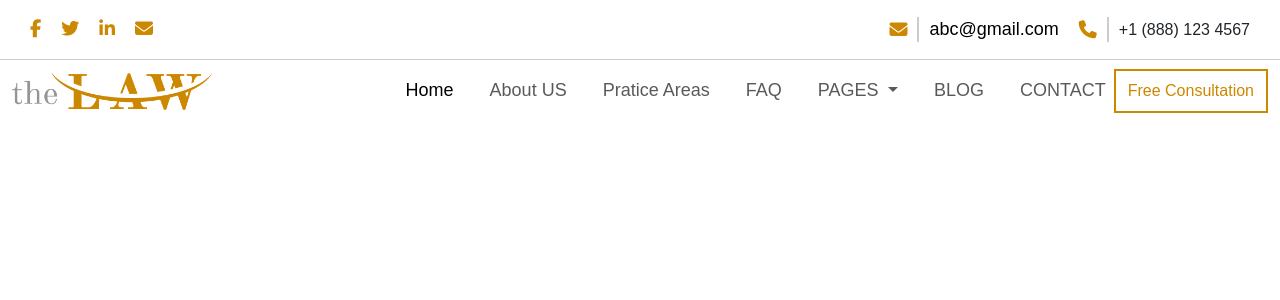
Repository: arehmanraza/lawyer_website
Page: Pages/index.html
These files come from the project's save history. The page is drawn as it stood at one moment and after the next save; the edit follows.
The browser window is 1280 px wide. The pictures show the whole page.
Some web libraries are served in a nearby version.

Above is the page before, as saved 2024-05-22 01:53:00.

### Pages/index.html
<!DOCTYPE html>
<html lang="en">
  <head>
    <meta charset="utf-8" />
    <meta name="viewport" content="width=device-width, initial-scale=1" />
    <title>The Lawyer</title>
    <link
      rel="stylesheet"
      href="https://pro.fontawesome.com/releases/v5.10.0/css/all.css"
      integrity="sha384-AYmEC3Yw5cVb3ZcuHtOA93w35dYTsvhLPVnYs9eStHfGJvOvKxVfELGroGkvsg+p"
      crossorigin="anonymous"
    />
    <link rel="stylesheet" href="/Styling/style.css" />
    <link
      rel="stylesheet"
      href="https://cdnjs.cloudflare.com/ajax/libs/font-awesome/6.5.2/css/all.min.css"
      integrity="sha512-SnH5WK+bZxgPHs44uWIX+LLJAJ9/2PkPKZ5QiAj6Ta86w+fsb2TkcmfRyVX3pBnMFcV7oQPJkl9QevSCWr3W6A=="
      crossorigin="anonymous"
      referrerpolicy="no-referrer"
    />
    <link
      href="https://cdn.jsdelivr.net/npm/bootstrap@5.3.3/dist/css/bootstrap.min.css"
      rel="stylesheet"
      integrity="sha384-QWTKZyjpPEjISv5WaRU9OFeRpok6YctnYmDr5pNlyT2bRjXh0JMhjY6hW+ALEwIH"
      crossorigin="anonymous"
    />
  </head>
  <body>
    <div class="main-container">


      <!-- ---------------head_top_container start ------------------  -->




      <div class="head_top">
        <div class="head_top_left">
          <ul>
            <li>
              <i class="icon2 fa-brands fa-facebook-f"></i>
            </li>
            <li>
              <i class="icon2 fa-brands fa-twitter"></i>
            </li>
            <li>
              <i class="icon2 fa-brands fa-linkedin-in"></i>
            </li>
            <li>
              <i class="icon2 fa-solid fa-envelope"></i>
            </li>
          </ul>
        </div>
        <div class="head_top_right">
          <ul>
            <li>
              <i class="icon2 fa-solid fa-envelope"></i>
              <p class="border1"></p>
              <span><a class="phoneno" href = "mailto: a.rehman78766@gmail.com">abc@gmail.com</a></span>
            </li>
            <li>
              <i class="icon2 fa-solid fa-phone"></i>
              <p class="border1"></p>
              <span>+1 (888) 123 4567</span>
            </li>

          </ul>
        </div>
      </div>
      <!-- ---------------head_top_container end ------------------  -->






      <!-- ---------------Navbar_container start ------------------  -->


      <nav class="navbar navbar-expand-lg ">
        <div class="container-fluid">
          <a class="navbar-brand" href="#"><img src="/Images/logo.png"  width="200px"></a>
          <button class="navbar-toggler" type="button" data-bs-toggle="collapse" data-bs-target="#navbarSupportedContent" aria-controls="navbarSupportedContent" aria-expanded="false" aria-label="Toggle navigation">
            <span class="navbar-toggler-icon"></span>
          </button>
          <div class="collapse navbar-collapse" id="navbarSupportedContent">
            <ul class="navbar-nav ms-auto mb-2 mb-lg-0">
              <li class="nav-item">
                <a class="nav-link active" aria-current="page" href="#">Home</a>
              </li>
              <li class="nav-item">
                <a class="nav-link" href="#">About US</a>
              </li>
              <li class="nav-item">
                <a class="nav-link" href="#">Pratice Areas</a>
              </li>
              <li class="nav-item">
                <a class="nav-link" href="#">FAQ</a>
              </li>

              <li class="nav-item dropdown">
                <a class="nav-link dropdown-toggle" href="#" role="button" data-bs-toggle="dropdown" aria-expanded="false">
                  PAGES
                </a>
                <ul class="dropdown-menu">
                  <li><a class="dropdown-item" href="#">SHOP</a></li>
                  <li><a class="dropdown-item" href="#">ABOUT 2</a></li>
                  <li><a class="dropdown-item" href="#">CONTACT 2</a></li>
                </ul>
              </li>
              <li class="nav-item">
                <a class="nav-link" href="#">BLOG</a>
              </li>
              <li class="nav-item">
                <a class="nav-link" href="#">CONTACT</a>
              </li>
              <li class="nav-item">
                <button class="btns1">Free Consultation</button>
              </li>
            </ul>

          </div>
        </div>
      </nav>





      <!-- ---------------Navbar_container end ------------------  -->





    </div>
    <script
      src="https://cdn.jsdelivr.net/npm/bootstrap@5.3.3/dist/js/bootstrap.bundle.min.js"
      integrity="sha384-YvpcrYf0tY3lHB60NNkmXc5s9fDVZLESaAA55NDzOxhy9GkcIdslK1eN7N6jIeHz"
      crossorigin="anonymous"
    ></script>
  </body>
</html>

### Styling/style.css
*{
    margin: 0;
    padding: 0;
    box-sizing: border-box;
    font-family: Arial, Helvetica, sans-serif, "Montserrat";
}
.main-container{
    background-color: #fff;
    width: 100%;
    height: 100vh;
    padding: 0px;
}

.head_top {
    width: 100%;
    height: 60px;
    display: flex;
    justify-content: space-between;
    align-items: center; /* Center items vertically */
    border-bottom: 1px solid #ccc;
    padding: 0px 20px;
}

.head_top_left {
    width: 50%;
    display: flex; /* Ensure the left container is also using flexbox */
    align-items: center; /* Center items vertically */
}
.head_top_left ul {
    display: flex;
    list-style: none;
    padding: 0;
    margin: 0;
}
.head_top_left ul li{
    padding: 0px 10px;
}
.head_top_right{
    display: flex;
    align-items: center;
    width: 50%;
}
.head_top_right ul{
    display: flex;
    list-style: none;
    padding: 0;
    margin: 0px 0px 0px auto;

}
.head_top_right ul li{
    padding: 0px 10px;
    display: flex;
    align-items: center;
}
.border1{
    border-left: 2px solid #ccc;

    height: 25px;
    margin: 0px 10px;
}
.icon2{
    color:  #cc8800;
  font-size: large;
}
.phoneno{
    color: black;
    font-size: 18px;
    font-weight: 500;
    text-decoration: none
}
.btns1{
    padding: 8px 12px;
    border: none;
    color: #cc8800;
    border: 2px solid #cc8800;
    background-color: white;
}
.nav-link{
    margin-left: 20px !important;
    font-weight: 400 !important;
    font-size: 18px !important;
}

After the next save:
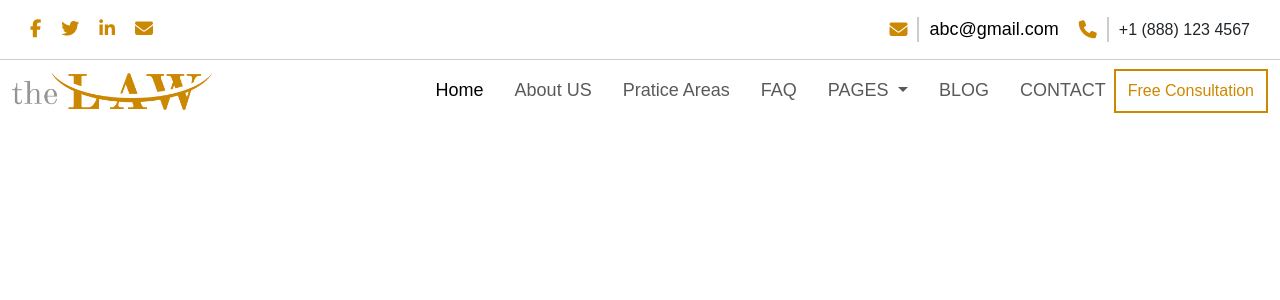
Saved 6 s later.
--- a/Styling/style.css
+++ b/Styling/style.css
@@ -76,7 +76,7 @@
     background-color: white;
 }
 .nav-link{
-    margin-left: 20px !important;
+    margin-left: 15px !important;
     font-weight: 400 !important;
     font-size: 18px !important;
 }
